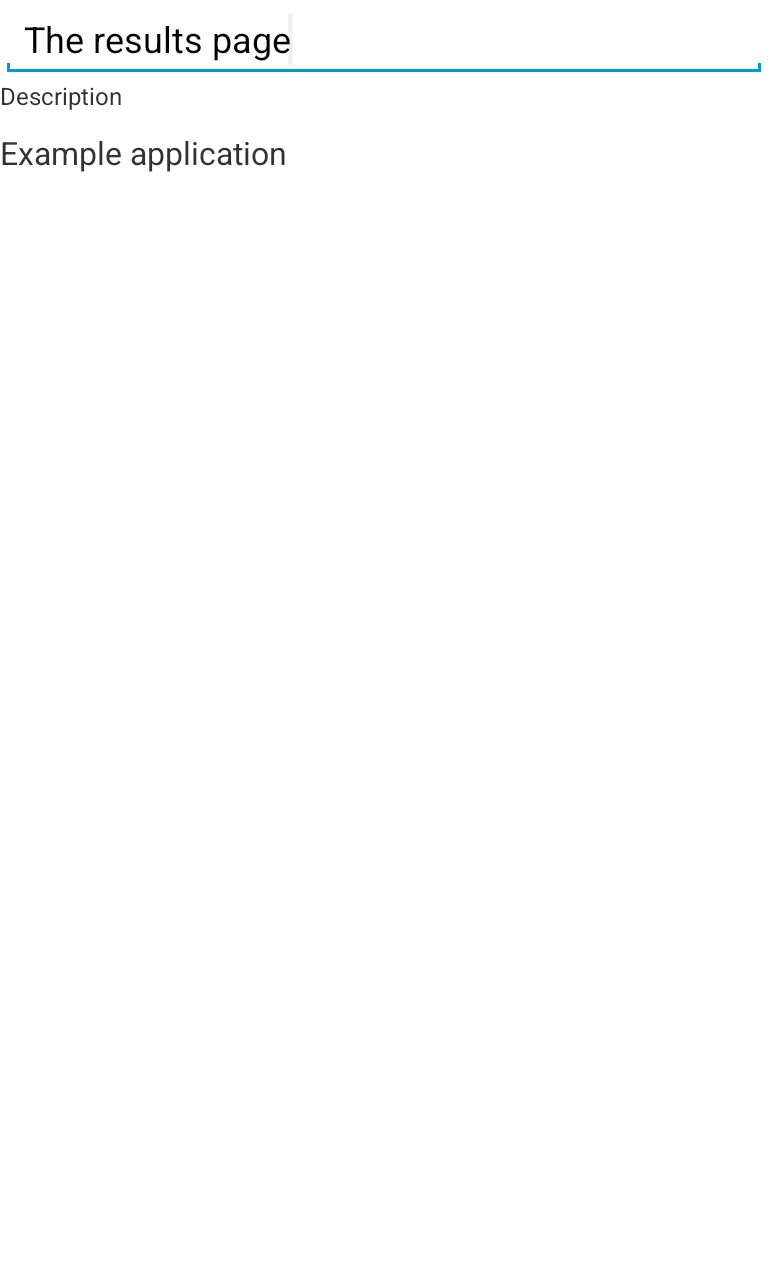
Repository: vmathur/mchacks
Layout: mobile/DealMe/res/layout/result_page.xml
These files come from the project's save history. The layout is drawn as it stood at one moment and after the next save; the edit follows.
It is drawn on a 768 x 1280 px phone screen (xhdpi) without system bars, with theme AppTheme; the app's code is not run.

Above is the layout before, as saved 2014-02-23 06:41:22.

After the next save:
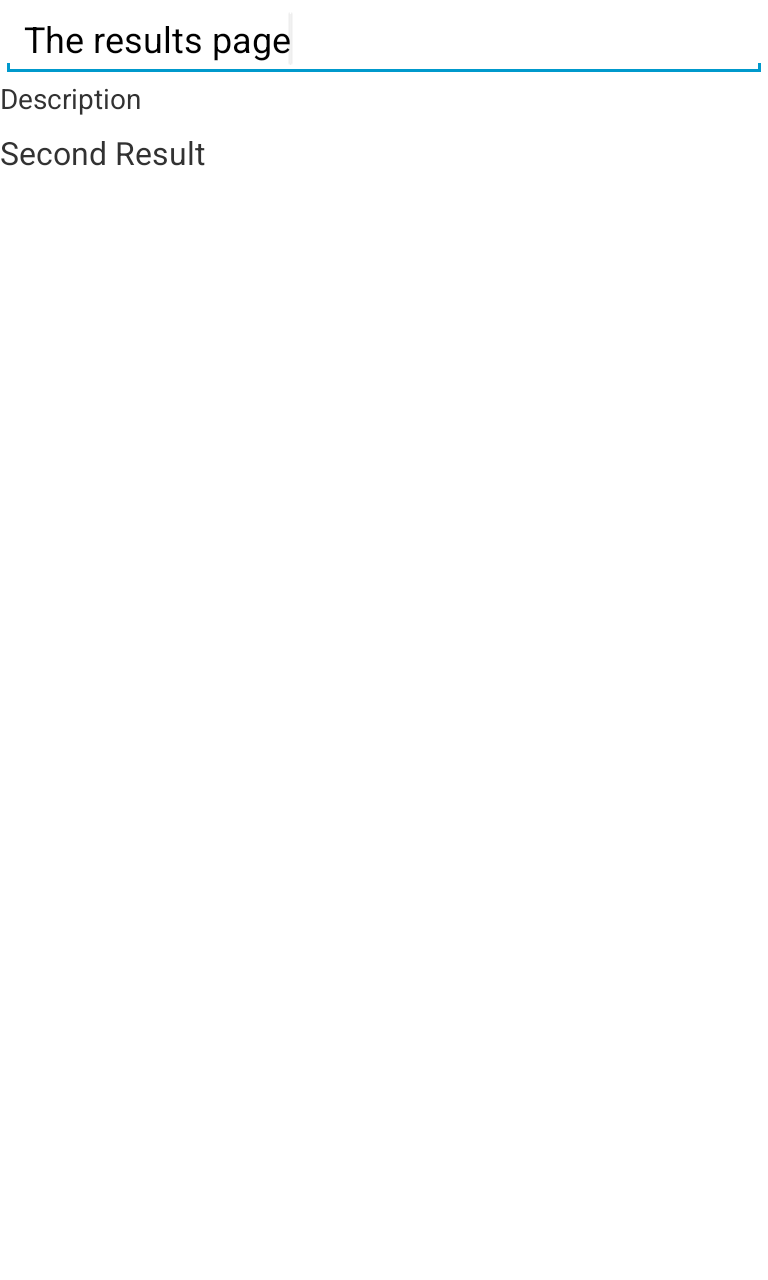
Saved 3 min 41 s later.
--- a/mobile/DealMe/res/layout/result_page.xml
+++ b/mobile/DealMe/res/layout/result_page.xml
@@ -22,11 +22,10 @@
         android:layout_height="26dip"
         android:layout_alignParentBottom="true"
         android:layout_alignParentRight="true"
-
         android:ellipsize="marquee"
         android:singleLine="true"
         android:text="Description"
-        android:textSize="12sp" />
+        android:textSize="First Result" />
 
     <TextView
         android:layout_width="fill_parent"
@@ -35,9 +34,8 @@
         android:layout_alignParentRight="true"
         android:layout_alignParentTop="true"
         android:layout_alignWithParentIfMissing="true"
-
         android:gravity="center_vertical"
-        android:text="Example application"
+        android:text="Second Result"
         android:textSize="16sp" />
 
 </LinearLayout>
